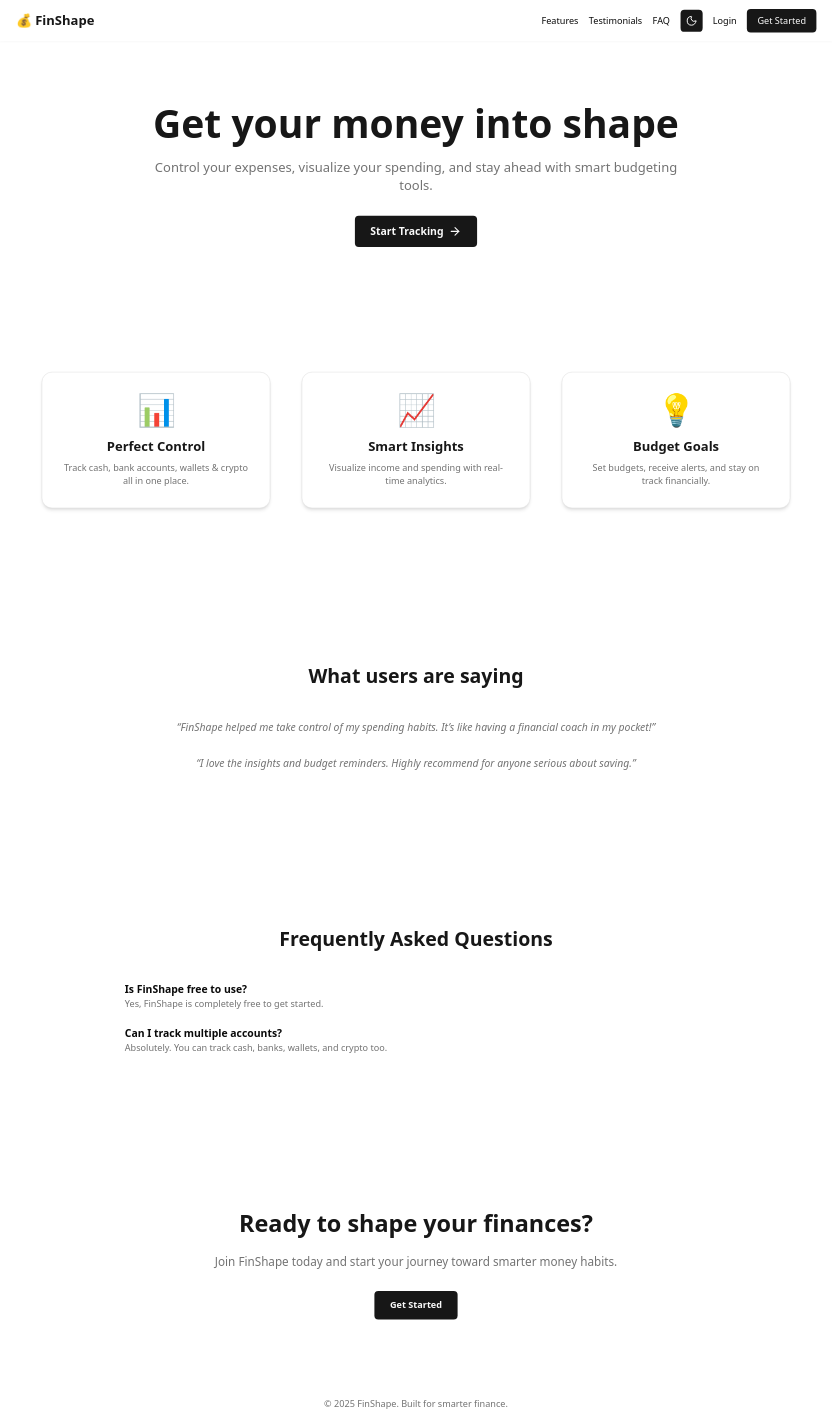
Repository: ruthvik-mt/Trackifi
Page: /categories (app in frontend/)
These files come from the project's save history. The page is drawn as it stood at one moment and after the next save; the edit follows.
The browser window is 1280 px wide. The pictures show the whole page, at 65% of full size.
The project was rebuilt for these pictures with package versions that can differ from the ones it lists, and the page was loaded fresh each time. Also part of the build but not shown: frontend/vite.config.ts, frontend/src/components/FormInput.tsx, frontend/src/pages/Auth/Login.tsx, frontend/src/pages/Auth/Register.tsx, frontend/src/components/Sidebar.tsx, frontend/src/components/ThemeToggleButton.tsx, frontend/src/components/Navbar.tsx, frontend/src/pages/Dashboard/Layout.tsx and 20 more.

Above is the page before, as saved 2025-07-15 21:02:42.

### frontend/index.html
<!-- index.html -->
<!DOCTYPE html>
<html lang="en">
  <head>
    <meta charset="UTF-8" />
    <link rel="icon" href="/favicon.svg" />
    <meta name="viewport" content="width=device-width, initial-scale=1.0" />

    <!-- Critical script: apply theme before paint -->
    <script>
      const theme = localStorage.getItem("theme");
      if (
        theme === "dark" ||
        (!theme && window.matchMedia("(prefers-color-scheme: dark)").matches)
      ) {
        document.documentElement.classList.add("dark");
      } else {
        document.documentElement.classList.remove("dark");
      }
    </script>

    <title>FinShape</title>
  </head>
  <body>
    <div id="root"></div>
    <script type="module" src="/src/main.tsx"></script>
  </body>
</html>

### frontend/src/main.tsx
import React from "react";
import ReactDOM from "react-dom/client";
import App from "./App";
import "./tailwind.css";
import { AuthProvider } from "./context/AuthProvider";
import { ThemeProvider } from "./context/ThemeProvider"; // ✅ Add ThemeProvider
import { BrowserRouter as Router } from "react-router-dom";

ReactDOM.createRoot(document.getElementById("root")!).render(
  <React.StrictMode>
    <Router>
      {/* ✅ Wrap app with theme context */}
      <ThemeProvider>
        <AuthProvider>
          <App />
        </AuthProvider>
      </ThemeProvider>
    </Router>
  </React.StrictMode>
);

### frontend/src/App.tsx
import { Routes, Route, Navigate } from "react-router-dom";
import Login from "./pages/Auth/Login";
import Register from "./pages/Auth/Register";
import Dashboard from "./pages/Dashboard/Dashboard";
import CategoryList from "./pages/Categories/CategoryList";
import TransactionList from "./pages/Transactions/TransactionList";
import BudgetList from "./pages/Budgets/BudgetList";
import MonthlyTotal from "./pages/Insights/MonthlyTotal";
import CategoryBreakdown from "./pages/Insights/CategoryBreakdown";
import BudgetComparison from "./pages/Insights/BudgetComparison";
import ProtectedRoute from "./components/ProtectedRoute";
import LandingPage from "./pages/LandingPage"; // ✅ Add this import

export default function App() {
  return (
    <Routes>
      {/* Landing Page */}
      <Route path="/" element={<LandingPage />} /> {/* ✅ New route */}

      {/* Auth Routes */}
      <Route path="/login" element={<Login />} />
      <Route path="/register" element={<Register />} />

      {/* Protected Routes */}
      <Route
        path="/dashboard"
        element={
          <ProtectedRoute>
            <Dashboard />
          </ProtectedRoute>
        }
      />
      <Route
        path="/categories"
        element={
          <ProtectedRoute>
            <CategoryList />
          </ProtectedRoute>
        }
      />
      <Route
        path="/transactions"
        element={
          <ProtectedRoute>
            <TransactionList />
          </ProtectedRoute>
        }
      />
      <Route
        path="/budgets"
        element={
          <ProtectedRoute>
            <BudgetList />
          </ProtectedRoute>
        }
      />
      <Route
        path="/insights/monthly-total"
        element={
          <ProtectedRoute>
            <MonthlyTotal />
          </ProtectedRoute>
        }
      />
      <Route
        path="/insights/category-breakdown"
        element={
          <ProtectedRoute>
            <CategoryBreakdown />
          </ProtectedRoute>
        }
      />
      <Route
        path="/insights/budget-comparison"
        element={
          <ProtectedRoute>
            <BudgetComparison />
          </ProtectedRoute>
        }
      />

      {/* Fallback Route */}
      <Route path="*" element={<Navigate to="/" />} /> {/* ✅ Updated from "/login" to "/" */}
    </Routes>
  );
}

### frontend/src/tailwind.css
@tailwind base;
@tailwind components;
@tailwind utilities;

/* =========================
   Base Theme Variables
   ========================= */

@layer base {
  :root {
    --background: 0 0% 100%;
    --foreground: 0 0% 3.9%;

    --card: 0 0% 100%;
    --card-foreground: 0 0% 3.9%;

    --popover: 0 0% 100%;
    --popover-foreground: 0 0% 3.9%;

    --primary: 0 0% 9%;
    --primary-foreground: 0 0% 98%;

    --secondary: 0 0% 96.1%;
    --secondary-foreground: 0 0% 9%;

    --muted: 0 0% 96.1%;
    --muted-foreground: 0 0% 45.1%;

    --accent: 0 0% 96.1%;
    --accent-foreground: 0 0% 9%;

    --destructive: 0 84.2% 60.2%;
    --destructive-foreground: 0 0% 98%;

    --border: 0 0% 89.8%;
    --input: 0 0% 89.8%;
    --ring: 0 0% 3.9%;

    --chart-1: 12 76% 61%;
    --chart-2: 173 58% 39%;
    --chart-3: 197 37% 24%;
    --chart-4: 43 74% 66%;
    --chart-5: 27 87% 67%;

    --radius: 0.5rem;

    --tooltip-bg: #ffffff;
    --tooltip-color: #000000;
  }

  .dark {
    --background: 0 0% 3.9%;
    --foreground: 0 0% 98%;

    --card: 0 0% 3.9%;
    --card-foreground: 0 0% 98%;

    --popover: 0 0% 3.9%;
    --popover-foreground: 0 0% 98%;

    --primary: 0 0% 98%;
    --primary-foreground: 0 0% 9%;

    --secondary: 0 0% 14.9%;
    --secondary-foreground: 0 0% 98%;

    --muted: 0 0% 14.9%;
    --muted-foreground: 0 0% 63.9%;

    --accent: 0 0% 14.9%;
    --accent-foreground: 0 0% 98%;

    --destructive: 0 62.8% 30.6%;
    --destructive-foreground: 0 0% 98%;

    --border: 0 0% 14.9%;
    --input: 0 0% 14.9%;
    --ring: 0 0% 83.1%;

    --chart-1: 220 70% 50%;
    --chart-2: 160 60% 45%;
    --chart-3: 30 80% 55%;
    --chart-4: 280 65% 60%;
    --chart-5: 340 75% 55%;

    --tooltip-bg: #d9dde2; /* dark gray or slate */
    --tooltip-color: #0d0f11;
  }
}

/* =========================
   Global Element Styles
   ========================= */
@layer base {
  * {
    @apply border-border;
  }

  html,
  body {
    @apply bg-background text-foreground antialiased;
    min-height: 100%;
    scroll-behavior: smooth;
  }

  input,
  select,
  textarea {
    @apply bg-input text-foreground placeholder-muted-foreground
           border border-border rounded px-3 py-2
           focus:outline-none focus:ring-2 focus:ring-ring;
  }

  button {
    @apply transition-colors bg-primary text-primary-foreground px-4 py-2 rounded
           hover:bg-primary/90 focus:outline-none focus:ring-2 focus:ring-ring;
  }
}

### frontend/src/context/ThemeProvider.tsx
import { useEffect, useState, ReactNode } from "react";
import { ThemeContext, Theme } from "./ThemeContext";

export const ThemeProvider = ({ children }: { children: ReactNode }) => {
  const getInitialTheme = (): Theme => {
    if (typeof window === "undefined") return "light";
    const stored = localStorage.getItem("theme");
    if (stored === "light" || stored === "dark") return stored;
    return window.matchMedia("(prefers-color-scheme: dark)").matches ? "dark" : "light";
  };

  const [theme, setTheme] = useState<Theme>(getInitialTheme);

  useEffect(() => {
    const root = document.documentElement;
    if (theme === "dark") {
      root.classList.add("dark");
    } else {
      root.classList.remove("dark");
    }
    localStorage.setItem("theme", theme);
  }, [theme]);

  const toggleTheme = () => setTheme(prev => (prev === "dark" ? "light" : "dark"));

  return (
    <ThemeContext.Provider value={{ theme, toggleTheme }}>
      {children}
    </ThemeContext.Provider>
  );
};

### frontend/src/components/ProtectedRoute.tsx
// // src/components/ProtectedRoute.tsx
// import { Navigate } from "react-router-dom";
// import { useAuth } from "@/hooks/useAuth";
// import { ReactNode } from "react";

// const ProtectedRoute = ({ children }: { children: ReactNode }) => {
//   const { token } = useAuth();
//   return token ? <>{children}</> : <Navigate to="/login" replace />;
// };

// export default ProtectedRoute;

import { Navigate } from "react-router-dom";
import { useAuth } from "../hooks/useAuth"; // ✅ Correct path
import { JSX } from "react/jsx-runtime";

export default function ProtectedRoute({ children }: { children: JSX.Element }) {
  const { token } = useAuth();

  if (!token) return <Navigate to="/" replace />;
  return children;
}

### frontend/src/pages/LandingPage.tsx
import { Link } from "react-router-dom";
import { motion } from "framer-motion";
import { ArrowRight, Moon, Sun } from "lucide-react";
import { useTheme } from "../hooks/useTheme";
import { useState, useEffect } from "react";
import { Spinner } from "@/components/Spinner";

export default function LandingPage() {
  const { theme, toggleTheme } = useTheme();
  const [buttonLoading, setButtonLoading] = useState(true);

  useEffect(() => {
    const timer = setTimeout(() => setButtonLoading(false), 1000);
    return () => clearTimeout(timer);
  }, []);

  return (
    <div className="min-h-screen bg-background text-foreground">
      {/* ────────────── Header ────────────── */}
      <header className="sticky top-0 z-10 h-16 bg-card text-card-foreground shadow-sm flex items-center justify-between px-6">
        <div className="text-xl font-bold text-primary">💰 FinShape</div>

        <nav className="flex items-center gap-4">
          <a href="#features" className="text-sm font-medium hover:text-primary transition-colors">Features</a>
          <a href="#testimonials" className="text-sm font-medium hover:text-primary transition-colors">Testimonials</a>
          <a href="#faq" className="text-sm font-medium hover:text-primary transition-colors">FAQ</a>

          <button
            onClick={toggleTheme}
            className="px-2 py-2 rounded-md text-sm font-medium bg-primary text-primary-foreground hover:bg-primary/90 transition-colors flex items-center justify-center"
            aria-label={`Switch to ${theme === "dark" ? "light" : "dark"} mode`}
          >
            {theme === "dark" ? <Sun size={18} /> : <Moon size={18} />}
          </button>

          <Link
            to="/login"
            className="text-sm font-medium hover:underline hover:text-primary transition-colors"
          >
            Login
          </Link>

          {buttonLoading ? (
            <Spinner size="default" />
          ) : (
            <Link to="/register">
              <button className="px-4 py-2 rounded-md text-sm font-medium bg-primary text-primary-foreground hover:bg-primary/90 transition-colors">
                Get Started
              </button>
            </Link>
          )}
        </nav>
      </header>

      {/* ────────────── Hero Section ────────────── */}
      <motion.section
        className="text-center px-6 py-24 max-w-4xl mx-auto"
        initial={{ opacity: 0, y: 30 }}
        animate={{ opacity: 1, y: 0 }}
        transition={{ duration: 0.6 }}
      >
        <h1 className="text-5xl md:text-6xl font-extrabold leading-tight mb-6 text-primary">
          Get your money into shape
        </h1>
        <p className="text-lg md:text-xl text-muted-foreground mb-8">
          Control your expenses, visualize your spending, and stay ahead with smart budgeting tools.
        </p>

        {buttonLoading ? (
          <div className="flex justify-center">
            <Spinner size="lg" />
          </div>
        ) : (
          <Link to="/register">
            <button
              aria-label="Start tracking your expenses"
              className="px-6 py-3 rounded-md font-semibold bg-primary text-primary-foreground hover:bg-primary/90 inline-flex items-center gap-2 transition-colors"
            >
              Start Tracking <ArrowRight size={20} />
            </button>
          </Link>
        )}
      </motion.section>

      {/* ────────────── Features Section ────────────── */}
      <motion.section
        id="features"
        className="py-24 px-6 bg-background"
        initial={{ opacity: 0 }}
        whileInView={{ opacity: 1 }}
        viewport={{ once: true, amount: 0.2 }}
        transition={{ duration: 0.8 }}
      >
        <div className="max-w-6xl mx-auto grid gap-12 md:grid-cols-3 text-center">
          {[
            {
              icon: "📊",
              title: "Perfect Control",
              desc: "Track cash, bank accounts, wallets & crypto all in one place.",
            },
            {
              icon: "📈",
              title: "Smart Insights",
              desc: "Visualize income and spending with real-time analytics.",
            },
            {
              icon: "💡",
              title: "Budget Goals",
              desc: "Set budgets, receive alerts, and stay on track financially.",
            },
          ].map(({ icon, title, desc }, index) => (
            <motion.div
              key={title}
              className="bg-white dark:bg-zinc-900 text-zinc-800 dark:text-white border border-border p-8 rounded-2xl shadow-md hover:shadow-xl transition-transform"
              initial={{ opacity: 0, y: 40, scale: 0.95 }}
              whileInView={{ opacity: 1, y: 0, scale: 1 }}
              viewport={{ once: true, amount: 0.3 }}
              whileHover={{ scale: 1.06 }}
              transition={{
                duration: 0.6,
                delay: index * 0.2,
                type: "spring",
                stiffness: 120,
              }}
            >
              <div className="text-5xl mb-5">{icon}</div>
              <h3 className="text-xl font-bold mb-2 text-primary">{title}</h3>
              <p className="text-sm text-muted-foreground">{desc}</p>
            </motion.div>
          ))}
        </div>
      </motion.section>

      {/* ────────────── Testimonials Section ────────────── */}
    <motion.section
  id="testimonials"
  className="py-24 px-6 bg-background text-center"
  initial={{ opacity: 0 }}
  whileInView={{ opacity: 1 }}
  viewport={{ once: true, amount: 0.2 }}
  transition={{ duration: 0.8 }}
>
  <div className="h-12 bg-gradient-to-b from-transparent to-background" />
  <h2 className="text-3xl font-bold mb-12 text-primary">What users are saying</h2>
  <div className="max-w-4xl mx-auto space-y-8">
    {[
      "FinShape helped me take control of my spending habits. It’s like having a financial coach in my pocket!",
      "I love the insights and budget reminders. Highly recommend for anyone serious about saving.",
    ].map((text, index) => (
      <motion.blockquote
        key={index}
        className="italic text-muted-foreground"
        initial={{ opacity: 0, y: 20 }}
        whileInView={{ opacity: 1, y: 0 }}
        transition={{ duration: 0.5, delay: index * 0.2 }}
        viewport={{ once: true, amount: 0.5 }}
      >
        {`“${text}”`}
      </motion.blockquote>
    ))}
  </div>
</motion.section>



      {/* ────────────── FAQ Section ────────────── */}
     <motion.section
  id="faq"
  className="py-24 px-6 bg-background"
  initial={{ opacity: 0 }}
  whileInView={{ opacity: 1 }}
  viewport={{ once: true, amount: 0.2 }}
  transition={{ duration: 0.8 }}
>
  <div className="h-12 bg-gradient-to-b from-transparent to-background" />
  <h2 className="text-3xl font-bold mb-12 text-center text-primary">Frequently Asked Questions</h2>
  <div className="max-w-4xl mx-auto space-y-6">
    {[
      {
        question: "Is FinShape free to use?",
        answer: "Yes, FinShape is completely free to get started.",
      },
      {
        question: "Can I track multiple accounts?",
        answer: "Absolutely. You can track cash, banks, wallets, and crypto too.",
      },
    ].map(({ question, answer }, index) => (
      <motion.div
        key={index}
        initial={{ opacity: 0, y: 20 }}
        whileInView={{ opacity: 1, y: 0 }}
        transition={{ duration: 0.5, delay: index * 0.2 }}
        viewport={{ once: true, amount: 0.5 }}
      >
        <h4 className="font-semibold">{question}</h4>
        <p className="text-sm text-muted-foreground">{answer}</p>
      </motion.div>
    ))}
  </div>
</motion.section>



      {/* ────────────── Call to Action ────────────── */}
      <motion.section
  id="cta"
  className="py-24 px-6 bg-background text-center"
  initial={{ opacity: 0 }}
  whileInView={{ opacity: 1 }}
  viewport={{ once: true, amount: 0.2 }}
  transition={{ duration: 0.8 }}
>
  <div className="h-12 bg-gradient-to-b from-transparent to-background" />
  <div className="max-w-2xl mx-auto">
    <h2 className="text-4xl font-bold mb-6 text-primary">Ready to shape your finances?</h2>
    <p className="mb-8 text-lg text-muted-foreground">
      Join FinShape today and start your journey toward smarter money habits.
    </p>
    <Link to="/register">
      <button className="px-6 py-3 text-sm font-semibold bg-primary text-primary-foreground rounded-md hover:bg-primary/90 transition-colors">
        Get Started
      </button>
    </Link>
  </div>
</motion.section>


      {/* ────────────── Footer ────────────── */}
      <footer className="text-center py-6 text-sm text-muted-foreground bg-background">
        © {new Date().getFullYear()} FinShape. Built for smarter finance.
      </footer>
    </div>
  );
}

### frontend/src/context/AuthContext.tsx
// import { createContext } from "react";
// import { User } from "@/types/Auth";

// export interface AuthContextType {
//   token: string | null;
//   user: User | null;
//   login: (token: string) => void;
//   logout: () => void;
// }

// export const AuthContext = createContext<AuthContextType>({
//   token: null,
//   user: null,
//   login: () => {},
//   logout: () => {},
// });

// src/context/AuthContext.ts
import { createContext } from "react";

export interface AuthContextType {
  token: string | null;
  login: (email: string, password: string) => Promise<void>;
  logout: () => void;
}

export const AuthContext = createContext<AuthContextType>(
  {} as AuthContextType // ✅ Safe for use without null-checks
);

### frontend/src/axios.ts
// // src/axios.ts
// import axios from "axios";

// const axiosInstance = axios.create({
//   baseURL: "http://localhost:8080/api",
// });

// axiosInstance.interceptors.request.use((config) => {
//   const token = localStorage.getItem("token");
//   if (token && config.headers) {
//     config.headers.Authorization = `Bearer ${token}`;
//   }
//   return config;
// });

// export default axiosInstance;

// src/axios.ts
// src/axios.ts
import axios from "axios";

const instance = axios.create({
  baseURL: "", // <-- frontend sends /api/... and Vite handles the proxy
  headers: {
    "Content-Type": "application/json",
  },
});

instance.interceptors.request.use((config) => {
  const token = localStorage.getItem("token");
  if (token) {
    config.headers = config.headers || {};
    config.headers["Authorization"] = `Bearer ${token}`;
  }
  return config;
});

export default instance;

### frontend/src/context/ThemeContext.tsx
import { createContext } from "react";

export type Theme = "light" | "dark";

export interface ThemeContextType {
  theme: Theme;
  toggleTheme: () => void;
}

export const ThemeContext = createContext<ThemeContextType | undefined>(undefined);

### frontend/src/hooks/useAuth.ts
// import { useContext } from "react";
// import { AuthContext } from "@/context/AuthContext";

// export const useAuth = () => useContext(AuthContext);

import { useContext } from "react";
import { AuthContext } from "../context/AuthContext";

export const useAuth = () => {
  const ctx = useContext(AuthContext);
  if (!ctx) throw new Error("useAuth must be used inside <AuthProvider>");
  return ctx;
};

### frontend/src/hooks/useTheme.ts
// src/hooks/useTheme.ts
import { useContext } from "react";
import { ThemeContext } from "../context/ThemeContext";

export function useTheme() {
  const context = useContext(ThemeContext);
  if (!context) {
    throw new Error("useTheme must be used within a ThemeProvider");
  }
  return context;
}

### frontend/src/components/Spinner.tsx
// src/components/Spinner.tsx
import { cn } from "@/lib/utils";
import { cva, VariantProps } from "class-variance-authority";
import { Loader } from "lucide-react";

const spinnerVariants = cva("text-muted-foreground animate-spin", {
  variants: {
    size: {
      default: "h-4 w-4",
      sm: "h-2 w-2",
      lg: "h-6 w-6",
      icon: "h-10 w-10",
    },
  },
  defaultVariants: {
    size: "default",
  },
});

interface SpinnerProps extends VariantProps<typeof spinnerVariants> {
  className?: string;
}

export const Spinner = ({ size }: SpinnerProps) => {
  return <Loader className={cn(spinnerVariants({ size }))} />;
};

Loaded but not shown: frontend/src/lib/utils.ts (common file); frontend/tailwind.config.js (86 lines, source omitted); frontend/src/context/AuthProvider.tsx (91 lines, source omitted)

After the next save:
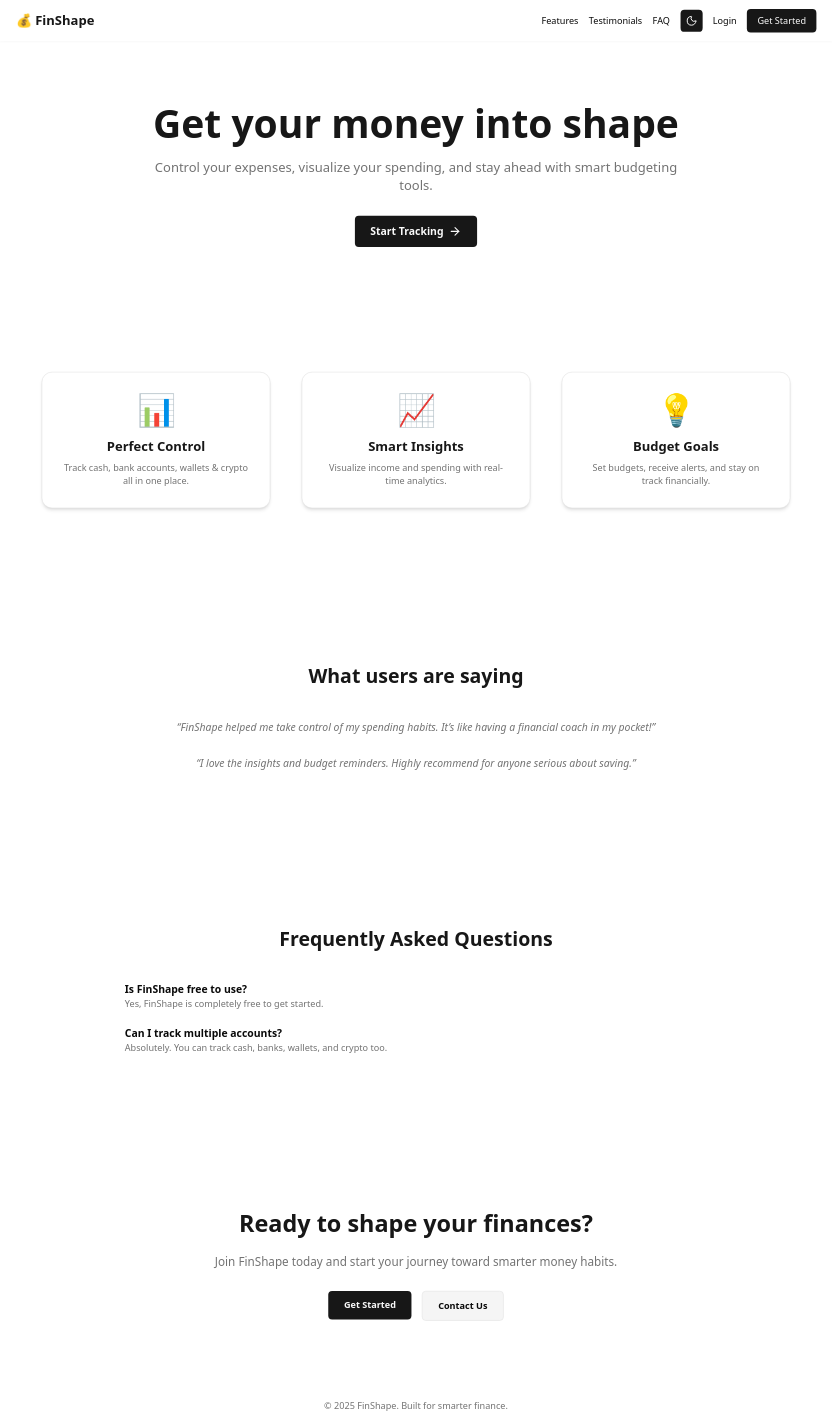
Saved 106 s later.
--- a/frontend/src/pages/LandingPage.tsx
+++ b/frontend/src/pages/LandingPage.tsx
@@ -211,18 +211,32 @@ export default function LandingPage() {
   transition={{ duration: 0.8 }}
 >
   <div className="h-12 bg-gradient-to-b from-transparent to-background" />
-  <div className="max-w-2xl mx-auto">
+  <motion.div
+    className="max-w-2xl mx-auto"
+    initial={{ opacity: 0, y: 30 }}
+    whileInView={{ opacity: 1, y: 0 }}
+    transition={{ duration: 0.6 }}
+    viewport={{ once: true }}
+  >
     <h2 className="text-4xl font-bold mb-6 text-primary">Ready to shape your finances?</h2>
     <p className="mb-8 text-lg text-muted-foreground">
       Join FinShape today and start your journey toward smarter money habits.
     </p>
-    <Link to="/register">
-      <button className="px-6 py-3 text-sm font-semibold bg-primary text-primary-foreground rounded-md hover:bg-primary/90 transition-colors">
-        Get Started
-      </button>
-    </Link>
-  </div>
+    <div className="flex flex-col sm:flex-row gap-4 justify-center">
+      <Link to="/register">
+        <button className="px-6 py-3 text-sm font-semibold bg-primary text-primary-foreground rounded-md hover:bg-primary/90 transition-colors">
+          Get Started
+        </button>
+      </Link>
+      <Link to="/contact">
+        <button className="px-6 py-3 text-sm font-semibold bg-muted text-foreground border border-border rounded-md hover:bg-muted/80 transition-colors">
+          Contact Us
+        </button>
+      </Link>
+    </div>
+  </motion.div>
 </motion.section>
+
 
 
       {/* ────────────── Footer ────────────── */}
